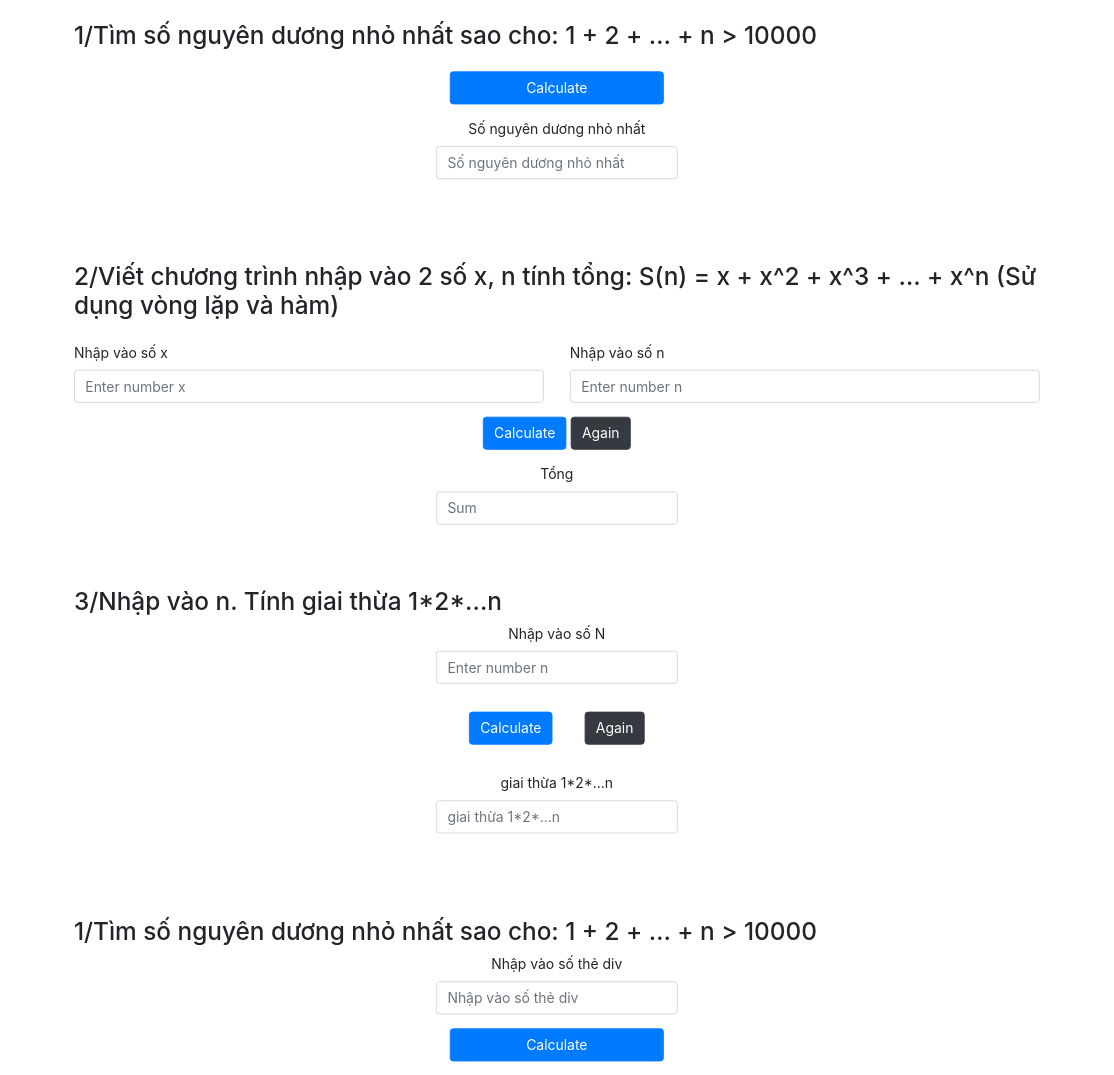
Repository: baobaodeveloper/bootcamp21__loop__HuynhAnhBao
Page: index.html
These files come from the project's save history. The page is drawn as it stood at one moment and after the next save; the edit follows.
The browser window is 1280 px wide. The pictures show the whole page, at 87% of full size.

Above is the page before, as saved 2022-03-17 19:17:36.

After the next save:
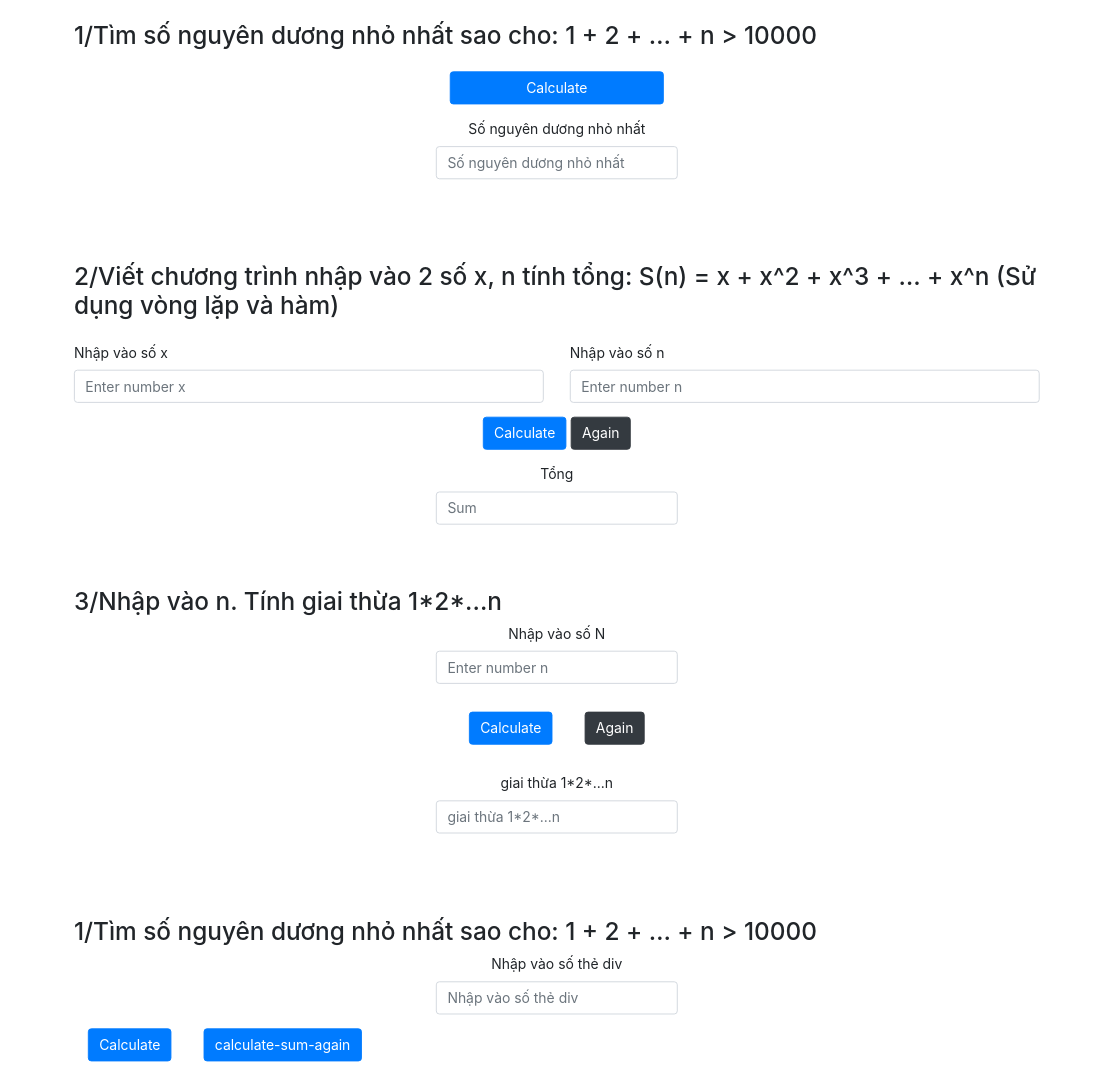
Saved 32 s later.
--- a/index.html
+++ b/index.html
@@ -135,8 +135,13 @@
           id="number-div"
           placeholder="Nhập vào số thẻ div"
         />
+      </div>
+      <div>
         <button type="button" id="creat-div" class="btn btn-primary m-3">
           Calculate
+        </button>
+        <button type="button" id="creat-div-again" class="btn btn-primary m-3">
+          calculate-sum-again
         </button>
       </div>
       <div id="result4"></div>
